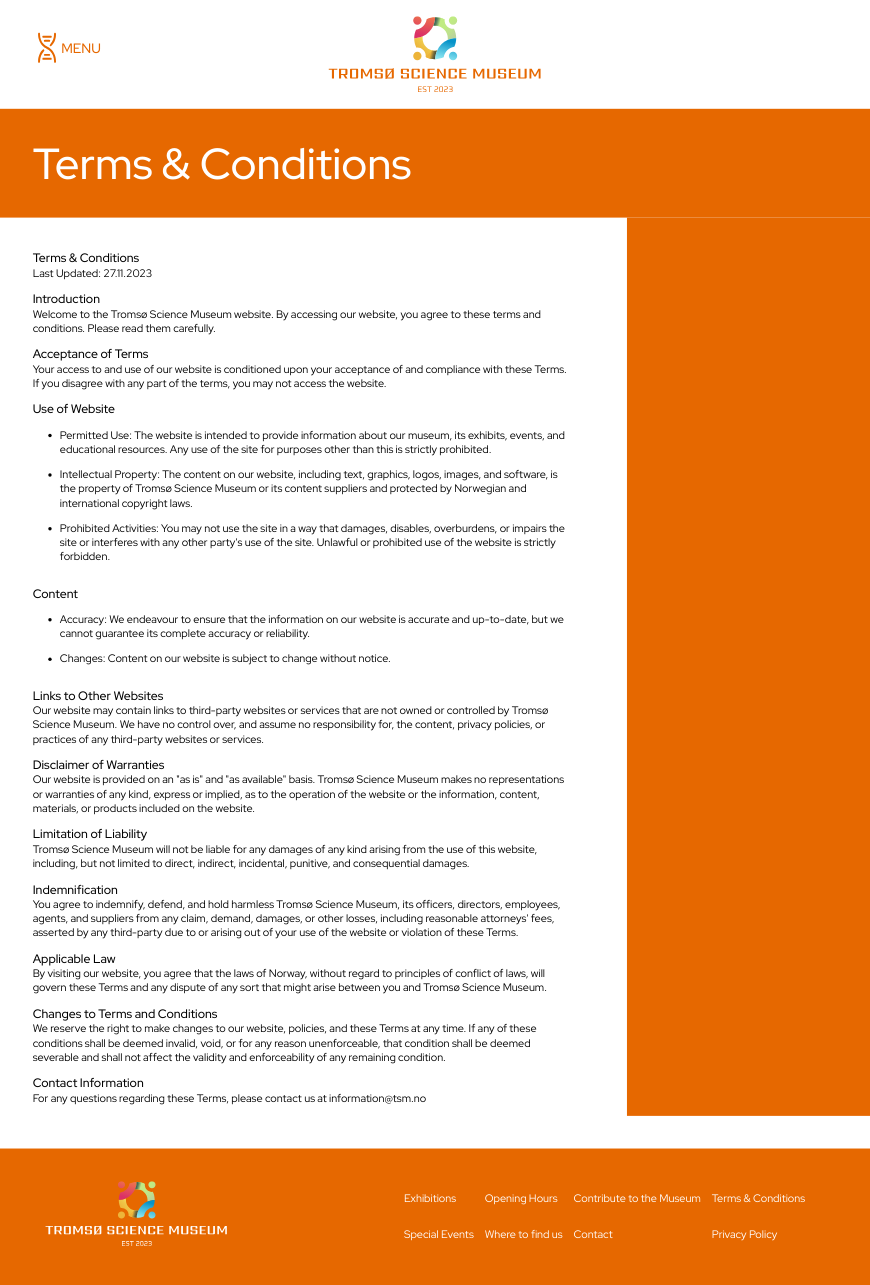
Repository: benjaminskarding/Semester-Project
Page: terms_conditions.html
The author's editor kept a copy of each file at every save. The page is drawn from the files as they stood at one save, then again after a run of saves.
The browser window is 1280 px wide. The pictures show the whole page, at 68% of full size.

Above is the page before, as saved 2023-11-29 16:16:59.

### terms_conditions.html
<!DOCTYPE html>
<html lang="en">
<head>
    <meta charset="UTF-8">
    <meta name="viewport" content="width=device-width, initial-scale=1.0">
    <link rel="stylesheet" href="/src/css/terms_conditions.css">
    <link rel="preconnect" href="https://fonts.googleapis.com">
    <link rel="preconnect" href="https://fonts.gstatic.com" crossorigin>
    <link href="https://fonts.googleapis.com/css2?family=Red+Hat+Display:wght@300;400;500;600;700;800&display=swap" rel="stylesheet">
    <title>Terms & Conditions</title>
</head>
<body>
    <header class="header-collection">
        <div class="header-wrapper">
            <nav class="header-main-nav">
                <div class="header-nav-left">
                    <a href="#menuOverlay" aria-label="Open Menu">
                        <img src="assets/images/icons/helixOrange.svg" class="menuIcon" alt="navigation menu icon">
                        <span class="orange">MENU</span>
                    </a>
                </div>
                <div class="header-nav-center-logo"></div>
                    <img class="logo" src="assets/images/logo/logoOrange.svg" alt="company logo">
                <div class="header-nav-right-placeholder">
                </div>
            </nav>
        </div>


        <!--hamburger menu overlay start-->
      <div class="hamburger-overlay" id="menuOverlay" aria-label="Menu overlay">

        <div class="overlay-header">
            <a href="#closeOverlay" class="overlay-close-btn" aria-label="Close menu">&times;</a>
            <a id="closeOverlay"></a>
        </div>

        <div class=overlayTitle>
          <h3>MENU</h3>
        </div>

        <div class="overlayOptionsContainer">
          <div class="separatorLine" aria-hidden="true"></div>
            <a href="list_of_products_men.html">
              <h5 class="menu-item">MENS</h5>
            </a>
          <div class="separatorLine" aria-hidden="true"></div>
            <a href="list_of_products_women.html">
              <h5 class="menu-item">WOMENS</h5>
          </a>
          <div class="separatorLine" aria-hidden="true"></div>
            <a href="list_of_products_men.html">
              <h5 class="menu-item">PHASE OUT 40%</h5>
          </a>
          <div class="separatorLine" aria-hidden="true"></div>
            <a href="about_page.html">
              <h5 class="menu-item">ABOUT</h5>
          </a>
          <div class="separatorLine" aria-hidden="true"></div>
            <a href="contact_us.html">
              <h5 class="menu-item">CONTACT</h5>
          </a>
          <div class="separatorLine" aria-hidden="true"></div>
            <a href="contact_us.html">
              <h5 class="menu-item">SUPPORT</h5>
          </a>
          <div class="separatorLine" aria-hidden="true"></div>
        </div>

        <div class="overlayLogoContainer">
            <img src="assets/images/logo/logo.svg" class="overlayLogo" alt="rainy days logo in hamburger overlay">
        </div>
      </div>
      <!--hamburger menu overlay end-->
    </header>
        <div class="top-bar">
            <h3 class="medium">Terms & Conditions</h3>
        </div>
        <div class="main-content-container">
            <div class="main-content">
                <h6>Terms & Conditions</h6>
                <p>Last Updated: 27.11.2023</p>
                <h6>Introduction</h6>
                <p>Welcome to the Tromsø Science Museum website. By accessing our website, you agree to these terms and conditions. Please read them carefully.</p>
                <h6>Acceptance of Terms</h6>
                <p>Your access to and use of our website is conditioned upon your acceptance of and compliance with these Terms. If you disagree with any part of the terms, you may not access the website.</p>
                <h6>Use of Website</h6>
                <ul>
                    <li>Permitted Use: The website is intended to provide information about our museum, its exhibits, events, and educational resources. Any use of the site for purposes other than this is strictly prohibited.</li>
                    <li>Intellectual Property: The content on our website, including text, graphics, logos, images, and software, is the property of Tromsø Science Museum or its content suppliers and protected by Norwegian and international copyright laws.</li>
                    <li>Prohibited Activities: You may not use the site in a way that damages, disables, overburdens, or impairs the site or interferes with any other party's use of the site. Unlawful or prohibited use of the website is strictly forbidden.</li>
                </ul>
                <h6>Content</h6>
                <ul>
                    <li>Accuracy: We endeavour to ensure that the information on our website is accurate and up-to-date, but we cannot guarantee its complete accuracy or reliability.</li>
                    <li>Changes: Content on our website is subject to change without notice.</li>
                </ul>
                <h6>Links to Other Websites</h6>
                <p>Our website may contain links to third-party websites or services that are not owned or controlled by Tromsø Science Museum. We have no control over, and assume no responsibility for, the content, privacy policies, or practices of any third-party websites or services.</p>
                <h6>Disclaimer of Warranties</h6>
                <p>Our website is provided on an "as is" and "as available" basis. Tromsø Science Museum makes no representations or warranties of any kind, express or implied, as to the operation of the website or the information, content, materials, or products included on the website.</p>
                <h6>Limitation of Liability</h6>
                <p>Tromsø Science Museum will not be liable for any damages of any kind arising from the use of this website, including, but not limited to direct, indirect, incidental, punitive, and consequential damages.</p>
                <h6>Indemnification</h6>
                <p>You agree to indemnify, defend, and hold harmless Tromsø Science Museum, its officers, directors, employees, agents, and suppliers from any claim, demand, damages, or other losses, including reasonable attorneys' fees, asserted by any third-party due to or arising out of your use of the website or violation of these Terms.</p>
                <h6>Applicable Law</h6>
                <p>By visiting our website, you agree that the laws of Norway, without regard to principles of conflict of laws, will govern these Terms and any dispute of any sort that might arise between you and Tromsø Science Museum.</p>
                <h6>Changes to Terms and Conditions</h6>
                <p>We reserve the right to make changes to our website, policies, and these Terms at any time. If any of these conditions shall be deemed invalid, void, or for any reason unenforceable, that condition shall be deemed severable and shall not affect the validity and enforceability of any remaining condition.</p>
                <h6>Contact Information</h6>
                <p>For any questions regarding these Terms, please contact us at information@tsm.no</p>
            </div>
            <div class="sidebar"></div>
        </div>
        <footer id=desktop-footer class="footer">
            <div class="footer-container">
                  <!--footer left side-->
                  <a href="index.html" class="footer-left-container" aria-label="Back to homepage">
                    <img src="assets/images/logo/logo.svg" class="footer-logo" alt="company logo in footer">
                  </a>
                <!--footer center-->
                <div class="footer-center-container">
                  <div class="footer-column-1">
                    <p class="footer-titles">Exhibitions</p>
                    <p class="footer-titles">Special Events</p>
                  </div>
                  <div class="footer-column-2">
                    <p class="footer-titles">Opening Hours</p>
                    <p class="footer-titles">Where to find us</p>
                  </div>
                  <div class="footer-column-3">
                    <p class="footer-titles">Contribute to the Museum</p>
                    <p class="footer-titles">Contact</p>
                  </div>
                  <div class="footer-column-4">
                    <p class="footer-titles">Terms & Conditions</p>
                    <p class="footer-titles">Privacy Policy</p>
                  </div>
                </div>
            </div>
          </footer>
</body>
</html>

### src/css/terms_conditions.css
@import url(common.css);
@import url(_reset.css);
@import url(_variables.css);

.sidebar {
    display: flex;
    flex-direction: column;
    align-items: center;
    justify-content: flex-start;
    right: 0;
    width: 75%;
    background-color: #E66800;
}

.main-content {
    display: flex;
    flex-direction: column;
    margin-left: 3rem;
    margin-top: 3rem;
}

.main-content p, li {
    margin-bottom: 1em;
    margin-right: 5em;
}

.reduce-margin {
    margin-top: -1em;
}

### src/css/common.css
body, html {
    height: 100%;
    margin: 0;
}

a {
    text-decoration: none;
    cursor: pointer;
    color: inherit;
}

/* common header, landing page has specific */

.header-collection {
    background-color: white;
    height: 160px;
}

.header-wrapper {
    margin-left: 3rem;
    margin-right: 3rem;
}

.logo {
    margin-top: 1.5rem;
}


.header-main-nav {
    display: flex;
    justify-content: space-between;
    align-items: center;
    width: 100%;
}



.header-nav-left {
    flex: 1;
    display: flex;
    align-items: center;
    font-size: 1.25rem;
    font-weight: var(--font-weight-medium);
}

.header-nav-left a {
    display: flex;
    justify-content: flex-start;
    align-items: center;
}

.header-nav-center-logo {
    flex: 0;
}

.header-nav-right-placeholder {
    flex: 1;
    display: flex;
    justify-content: flex-end;
}

/* Footer */

.footer{
    background-color: var(--color-secondary);
    height: 200px;
    display: flex;
    margin-top: 3rem;
}

.footer-container {
    display: flex;
    align-items: center;
    justify-content: space-between;
    margin-left: 3rem;
    margin-right: 3rem;
    width: 100%;
}


.footer-center-container {
    display: flex;
    gap: 1rem;
    margin-right: 3rem;
}

.footer-logo {
    height: 100px;
}

.footer-titles {
    display: flex;
    margin-bottom: 2rem;
    margin-top: 2rem;
    color: white;
}


/* Main content */

.main-content-container {
    display: flex;
}

.top-bar {
    display: flex;
    align-items: center;
    background-color: #E66800;
    width: 100%;
    height: 160px;
}

.top-bar h3 {
    margin-left: 3rem;
}

/* Hamburger overlay */

.hamburger-overlay {
    position: fixed;
    top: 160px;
    right: 0;
    width: 25%;
    height: 100%;
    background-color: var(--color-secondary);
    z-index: 1000;
    visibility: hidden;
    opacity: 0;
    transition: opacity 0.3s, visibility 0.3s;
    display: flex;
    flex-direction: column;
    justify-content: space-between;
}

.overlay-header {
    display: flex;
    justify-content: space-between;
    align-items: center;
    text-align: center;
}

.hamburger-overlay:target {
    visibility: visible;
    opacity: 1;
}

.overlayOptionsContainer {
    flex-direction: column;
    height: 100%;
}

.menu-item {
    display: flex;
    justify-content: space-between;
    align-items: center;
    margin: 0 1rem;
    color: white;
}

.overlayTitle {
    display: flex;
    align-items: center;
    justify-content: center;
    color: var(--color-primary);
    margin-bottom: 10px;
}

.overlayLogoContainer {
    display: flex;
    justify-content: center;
    margin-bottom: 2rem;
    margin-top: 1rem;
}

.overlayLogo {
    width: 50%;
}

.overlay-close-btn {
    padding-top: 10px;
    margin-left: 1rem;
    color: white;
    font-size: 2rem;
    background: none;
    border: none;
    cursor: pointer;
}

### src/css/_reset.css
*, *:before, *:after {
    box-sizing: inherit;
  }

  body {
    box-sizing: border-box;
    min-height: 100vh;
    margin: 0;
  }

### src/css/_variables.css
:root{
    --color-primary: white;
    --color-secondary: #E66800;

    --font-primary: 'Red Hat Display', sans-serif;
    --font-size: 16px;
    --font-weight-regular: 400;
    --font-weight-medium: 500;
    --font-weight-semibold: 600;
    --font-weight-bold: 700;
}

.medium {
    font-weight: 500
}

.regular {
    font-weight: 400;
}

.semibold {
    font-weight: 600;
}

strong, .bold {
    font-weight: var(--font-weight-bold)
}

body {
    font-family: var(--font-primary)
}

.white {
    color:white;
}

.orange {
    color: var(--color-secondary)
}

h1,h2,h3,h4 {
    color: var(--color-primary)
}

h1,h2,h3,h4,h5,h6,p {
    font-family: var(--font-primary);
    margin: 0;
    padding: 0;
}

h3 {
    font-size: 4rem; /* 64px */
}

h5 {
    font-size: 1.25rem; /*20px*/
    font-weight: var(--font-weight-medium);
}

h6 {
    font-size: 1.125rem; /*18px*/
    font-weight: var(--font-weight-medium)
}

After the next 2 saves:
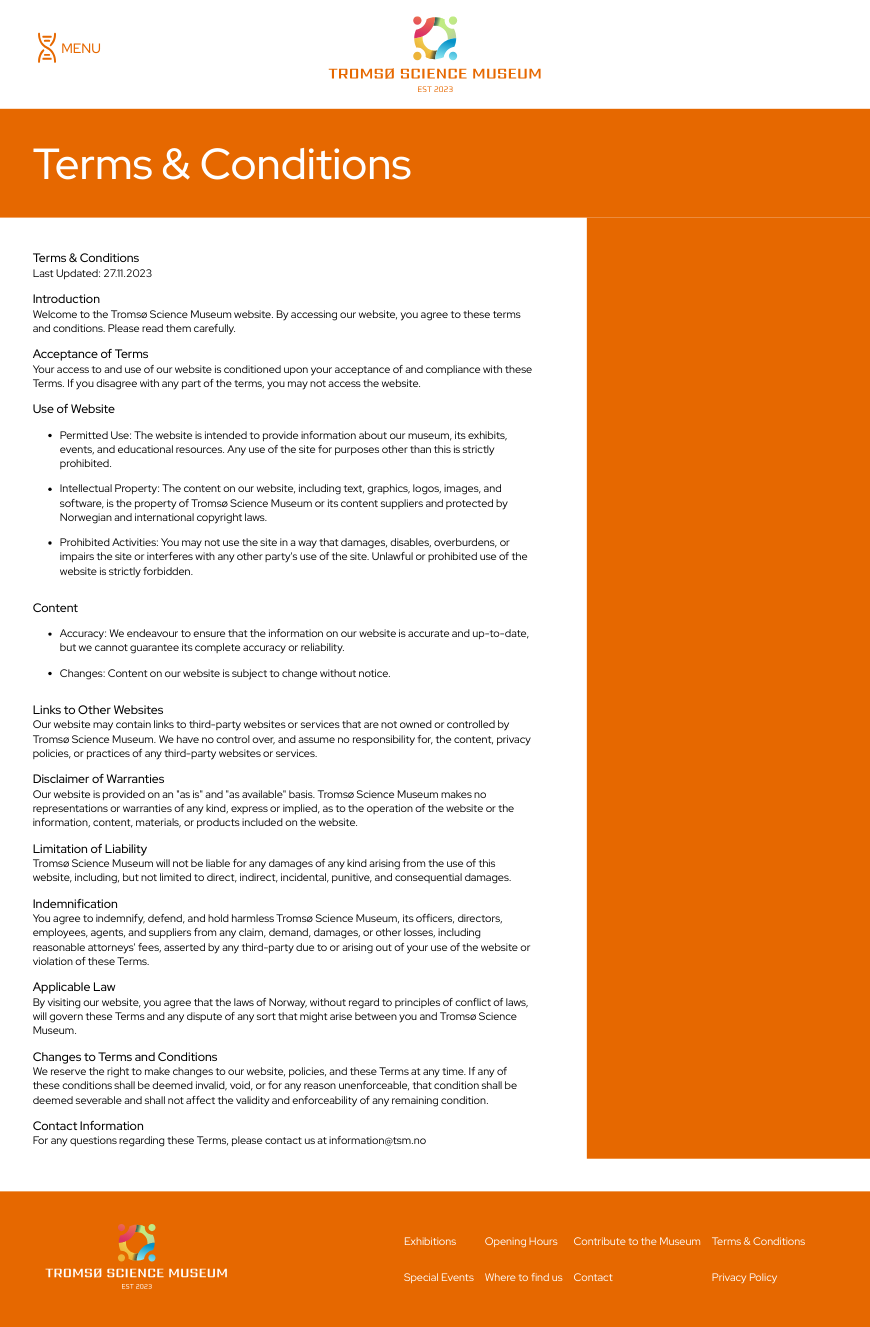
The 2 saves are shown as one change because they came seconds apart.
The last was saved 10 s later.
--- a/src/css/terms_conditions.css
+++ b/src/css/terms_conditions.css
@@ -8,7 +8,7 @@
     align-items: center;
     justify-content: flex-start;
     right: 0;
-    width: 75%;
+    width: 75rem;
     background-color: #E66800;
 }
 

After the save that followed:
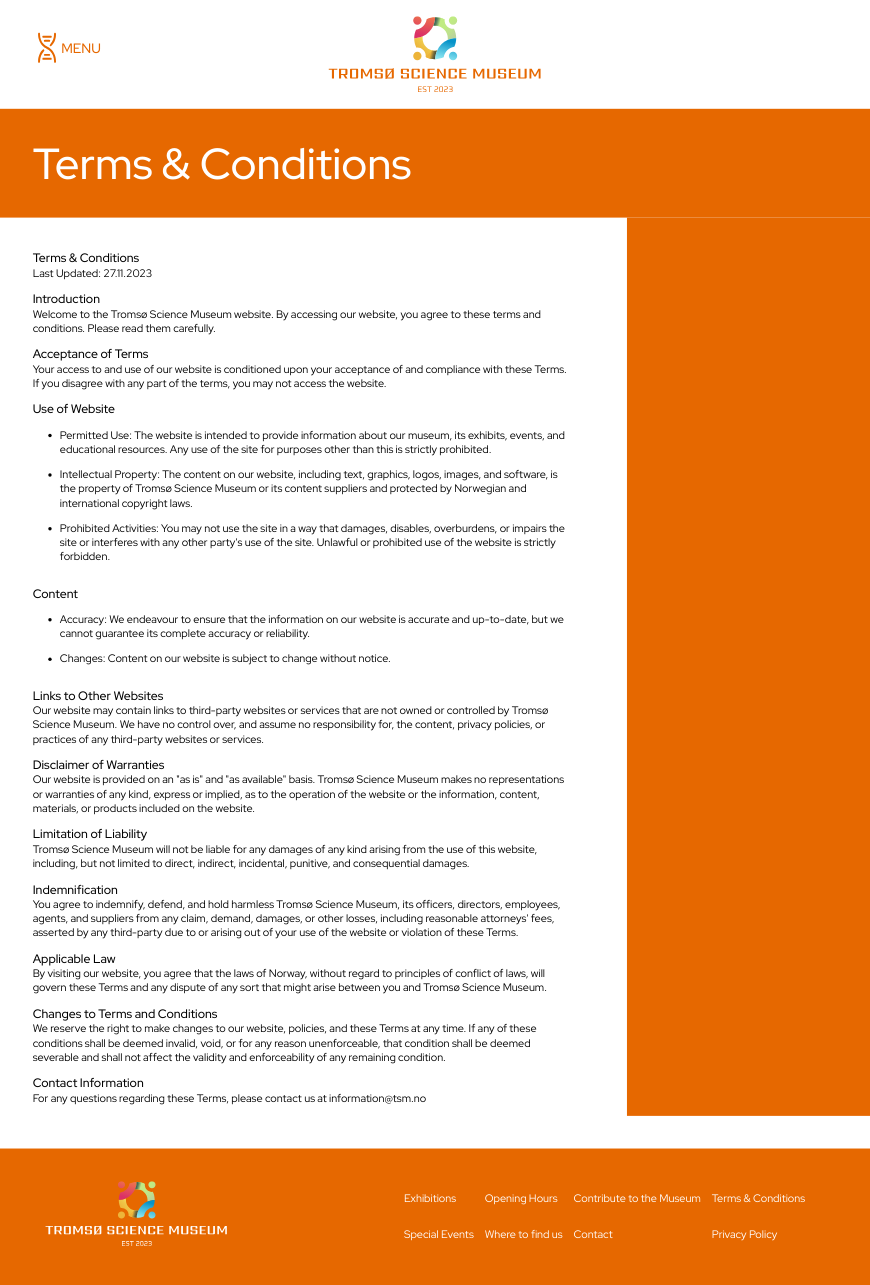
Saved 22 s later.
--- a/src/css/terms_conditions.css
+++ b/src/css/terms_conditions.css
@@ -8,7 +8,7 @@
     align-items: center;
     justify-content: flex-start;
     right: 0;
-    width: 75rem;
+    width: 75%;
     background-color: #E66800;
 }
 
